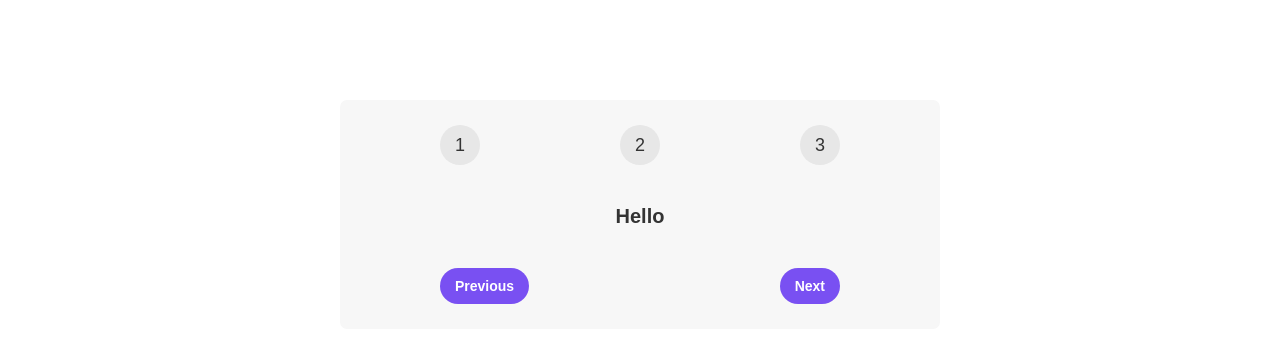
Repository: masamichan/steps
Page: /
These files come from the project's save history. The page is drawn as it stood at one moment and after a run of saves; the edit follows.
The browser window is 1280 px wide. The pictures show the whole page.
The project was rebuilt for these pictures with package versions that can differ from the ones it lists, and the page was loaded fresh each time.

Above is the page before, as saved 2023-12-28 15:24:44.

After the next 2 saves:
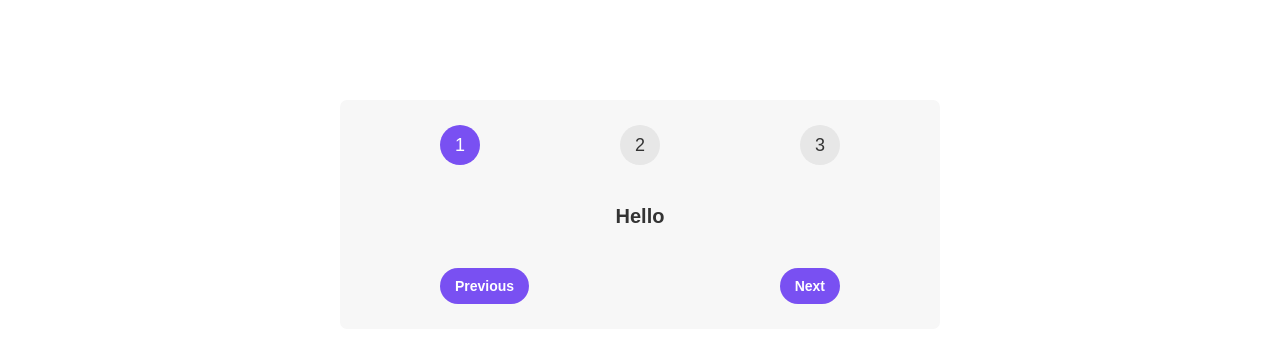
The 2 saves are shown as one change because 1 did not build or start.
The last was saved 3 min 14 s later.
--- a/src/App.js
+++ b/src/App.js
@@ -1,8 +1,14 @@
+const messages = [
+  "Learn React ⚛️",
+  "Apply for jobs 💼",
+  "Invest your new income 🤑",
+];
+
 export default function App() {
   return (
     <div className="steps">
       <div className="numbers">
-        <div>1</div>
+        <div className="active">1</div>
         <div>2</div>
         <div>3</div>
       </div>
